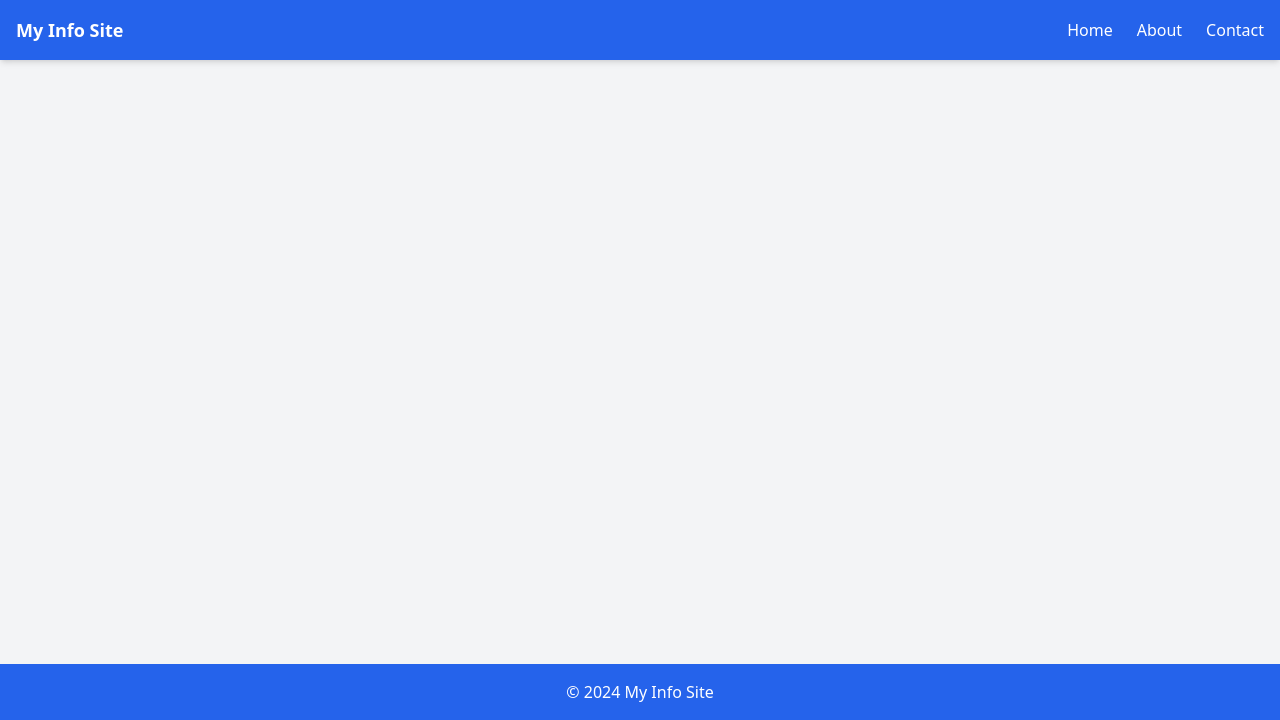
Repository: SmanSayeed/culture
Page: /
The author's editor kept a copy of each file at every save. The page is drawn from the files as they stood at one save, then again after the next save.
The browser window is 1280 px wide. The pictures show the whole page.
The project was rebuilt for these pictures with package versions that can differ from the ones it lists, and the page was loaded fresh each time. The framework's server and built-in components were replaced by stand-ins that run in the browser. Also part of the build but not shown: next.config.ts, vite.config.ts.

Above is the page before, as saved 2024-10-30 14:44:53.

After the next save:
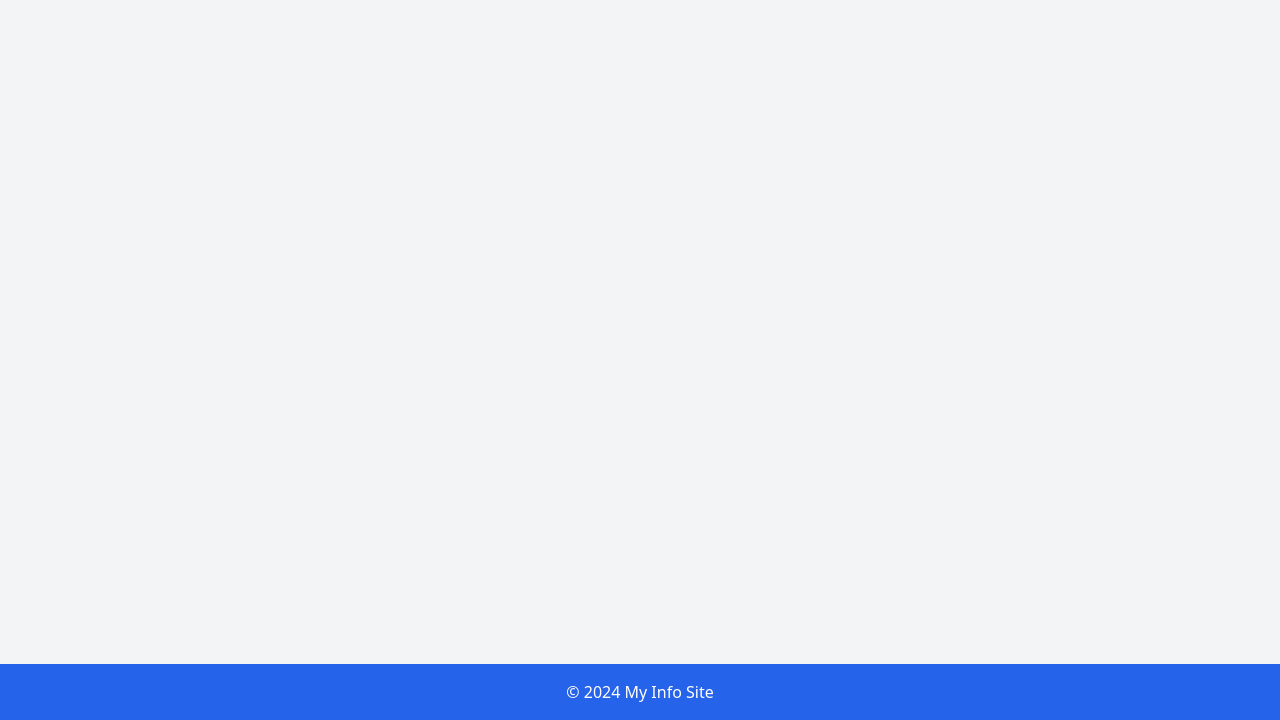
Saved 41 s later.
--- a/src/components/Layout/Layout.tsx
+++ b/src/components/Layout/Layout.tsx
@@ -12,71 +12,7 @@ const Layout: React.FC<LayoutProps> = ({ children }) => {
 
   return (
     <div className="flex flex-col min-h-screen bg-gray-100 text-gray-900">
-      {/* Header */}
-      <header className="bg-blue-600 text-white shadow-md">
-        <div className="container mx-auto px-4 py-4 flex justify-between items-center">
-          <h1 className="text-lg font-semibold">My Info Site</h1>
 
-          {/* Navigation for Desktop */}
-          <nav className="hidden md:flex space-x-6">
-            <Link href="/" className="hover:text-blue-300">Home</Link>
-            <Link href="/about" className="hover:text-blue-300">About</Link>
-            <Link href="/contact" className="hover:text-blue-300">Contact</Link>
-          </nav>
-
-          {/* Hamburger Menu for Mobile */}
-          <button
-            className="md:hidden text-white focus:outline-none"
-            onClick={() => setDrawerOpen(true)}
-          >
-            <svg
-              className="w-6 h-6"
-              fill="none"
-              stroke="currentColor"
-              viewBox="0 0 24 24"
-              xmlns="http://www.w3.org/2000/svg"
-            >
-              <path strokeLinecap="round" strokeLinejoin="round" strokeWidth={2} d="M4 6h16M4 12h16M4 18h16" />
-            </svg>
-          </button>
-        </div>
-      </header>
-
-      {/* Side Drawer for Mobile */}
-      <div
-        className={`fixed inset-0 bg-gray-800 bg-opacity-50 z-10 transition-opacity ${
-          drawerOpen ? 'opacity-100 pointer-events-auto' : 'opacity-0 pointer-events-none'
-        }`}
-        onClick={() => setDrawerOpen(false)}
-      ></div>
-      <div
-        className={`fixed top-0 left-0 h-full bg-white w-64 z-20 transform transition-transform ${
-          drawerOpen ? 'translate-x-0' : '-translate-x-full'
-        }`}
-      >
-        <div className="flex justify-between items-center px-4 py-4 bg-blue-600 text-white">
-          <h2 className="text-lg font-semibold">Menu</h2>
-          <button
-            className="text-white focus:outline-none"
-            onClick={() => setDrawerOpen(false)}
-          >
-            <svg
-              className="w-6 h-6"
-              fill="none"
-              stroke="currentColor"
-              viewBox="0 0 24 24"
-              xmlns="http://www.w3.org/2000/svg"
-            >
-              <path strokeLinecap="round" strokeLinejoin="round" strokeWidth={2} d="M6 18L18 6M6 6l12 12" />
-            </svg>
-          </button>
-        </div>
-        <nav className="flex flex-col p-4 space-y-4">
-          <Link href="/" className="hover:bg-gray-100 p-2 rounded" onClick={() => setDrawerOpen(false)}>Home</Link>
-          <Link href="/about" className="hover:bg-gray-100 p-2 rounded" onClick={() => setDrawerOpen(false)}>About</Link>
-          <Link href="/contact" className="hover:bg-gray-100 p-2 rounded" onClick={() => setDrawerOpen(false)}>Contact</Link>
-        </nav>
-      </div>
 
       {/* Main Content */}
       <main className="flex-grow container mx-auto px-4 py-8">{children}</main>
